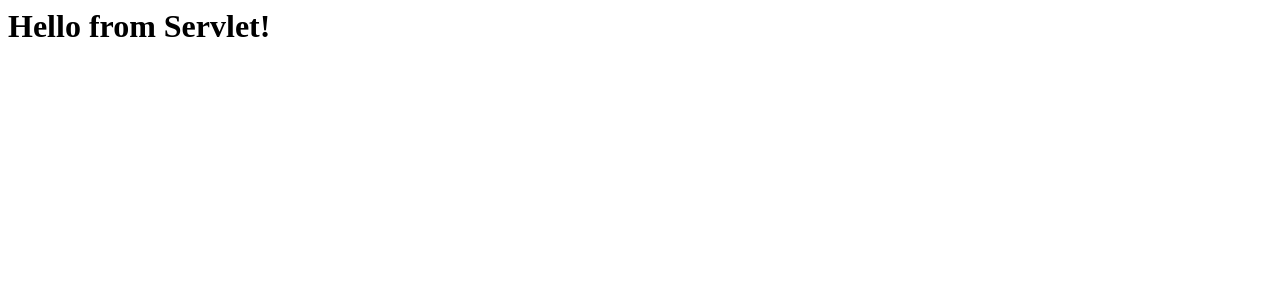
Repository: tamilnila96/Servlet
Page: http://localhost/HelloWorld/HelloWorldController
The author's editor kept a copy of each file at every save. The page is drawn from the files as they stood at one save, then again after the next save.
The browser window is 1280 px wide. The pictures show the whole page.
The page is served by Tomcat 9.

Above is the page before, as saved 2025-05-15 06:18:21.

### HelloWorld/src/com/helloworld/HelloWorldController.java
package com.helloworld;

import java.io.IOException;

import javax.servlet.ServletException;
import javax.servlet.annotation.WebServlet;
import javax.servlet.http.HttpServlet;
import javax.servlet.http.HttpServletRequest;
import javax.servlet.http.HttpServletResponse;
import java.io.PrintWriter;
/**
 * Servlet implementation class HelloWorldController
 */
@WebServlet("/HelloWorldController")
public class HelloWorldController extends HttpServlet {
	private static final long serialVersionUID = 1L;

    /**
     * @see HttpServlet#HttpServlet()
     */
    public HelloWorldController() {
        super();
        // TODO Auto-generated constructor stub
    }

	/**
	 * @see HttpServlet#doGet(HttpServletRequest request, HttpServletResponse response)
	 */
    protected void doGet(HttpServletRequest request, HttpServletResponse response)
            throws ServletException, IOException {
        response.setContentType("text/html");
        PrintWriter out = response.getWriter();
        out.println("<html><body>");
        out.println("<h1>Hello from Servlet!</h1>");
        out.println("</body></html>");
    }



	/**
	 * @see HttpServlet#doPost(HttpServletRequest request, HttpServletResponse response)
	 */
	protected void doPost(HttpServletRequest request, HttpServletResponse response) throws ServletException, IOException {
		// TODO Auto-generated method stub
		doGet(request, response);
	}

}

After the next save:
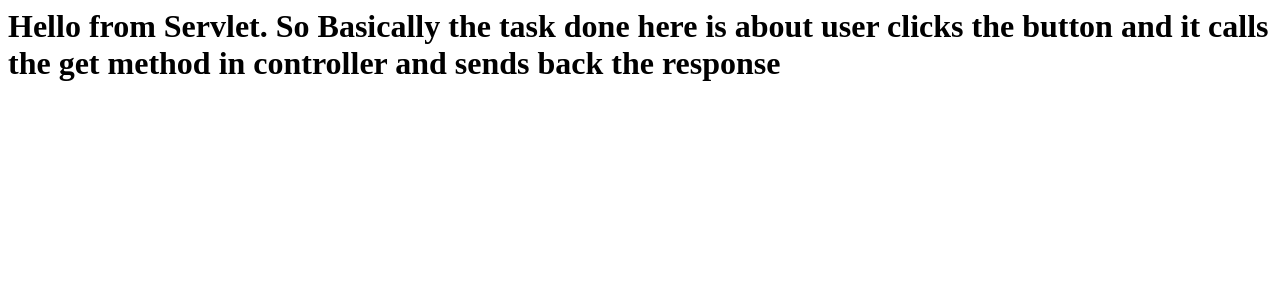
Saved 6 min 57 s later.
--- a/HelloWorld/src/com/helloworld/HelloWorldController.java
+++ b/HelloWorld/src/com/helloworld/HelloWorldController.java
@@ -28,12 +28,14 @@ public class HelloWorldController extends HttpServlet {
 	 */
     protected void doGet(HttpServletRequest request, HttpServletResponse response)
             throws ServletException, IOException {
-        response.setContentType("text/html");
-        PrintWriter out = response.getWriter();
-        out.println("<html><body>");
-        out.println("<h1>Hello from Servlet!</h1>");
-        out.println("</body></html>");
+       response.setContentType("text/html");
+       PrintWriter out = response.getWriter();
+       out.println("<html><body>");
+       out.println("<h1>Hello from Servlet. So Basically the task done here is about user clicks the button and it calls the get method in controller and sends back the response</h1>");
+
+       out.println("</html></body>");
     }
+
 
 
 
